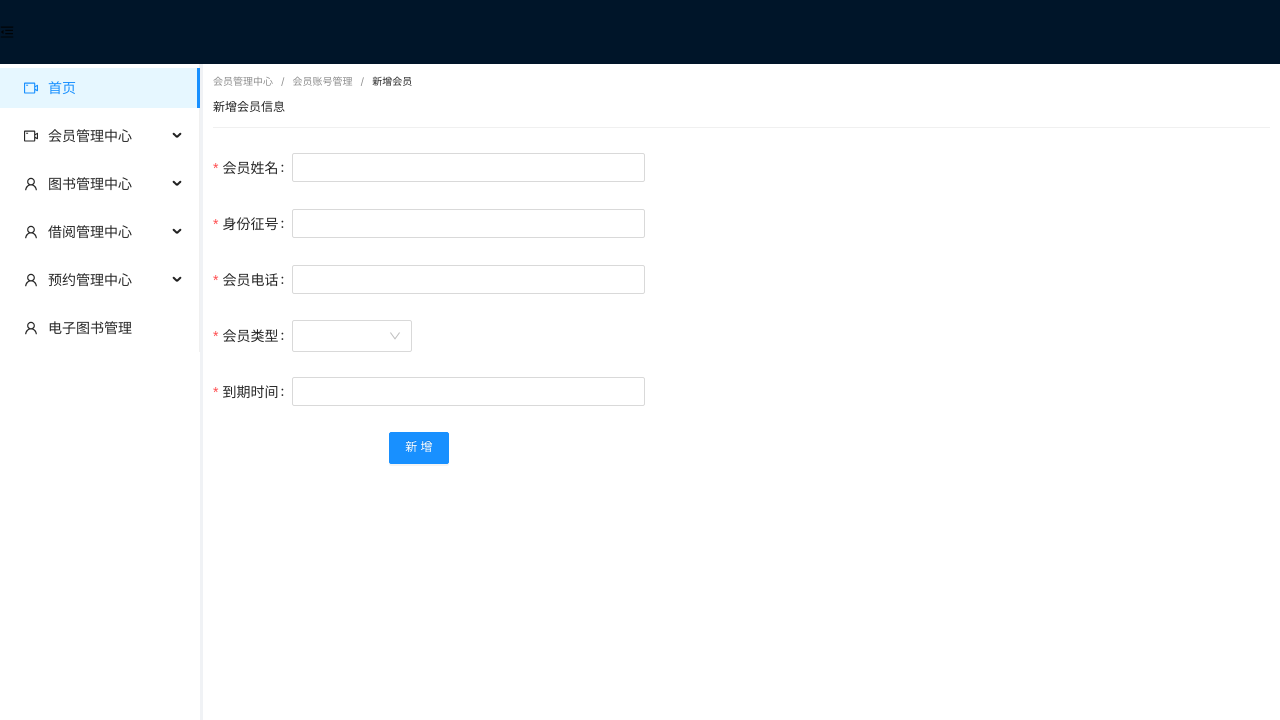
Repository: font-ds/cssy-manage
Page: /vipmanage/vipmanage1/add
These files come from the project's save history. The page is drawn as it stood at one moment and after the next save; the edit follows.
The browser window is 1280 px wide. The pictures show the whole page.
The project was rebuilt for these pictures with package versions that can differ from the ones it lists, and the page was loaded fresh each time. Some packages were replaced by stand-ins written for this rebuild. Also part of the build but not shown: src/pages/auth/vipManage/coupon/index.tsx, src/utils/use-optimistic-options.tsx, src/utils/util.tsx, src/utils/http.tsx, src/pages/auth/vipManage/manage/util.tsx, src/pages/auth/vipManage/manage/index.tsx, src/pages/auth/vipManage/manage/detail/components/util.tsx, src/pages/auth/vipManage/manage/detail/components/appointTable.tsx and 7 more. Imported but missing from the stored project, and not drawn on this page: src/pages/auth/index/index, src/reportWebVitals, src/store/test.

Above is the page before, as saved 2022-09-14 19:57:09.

After the next save:
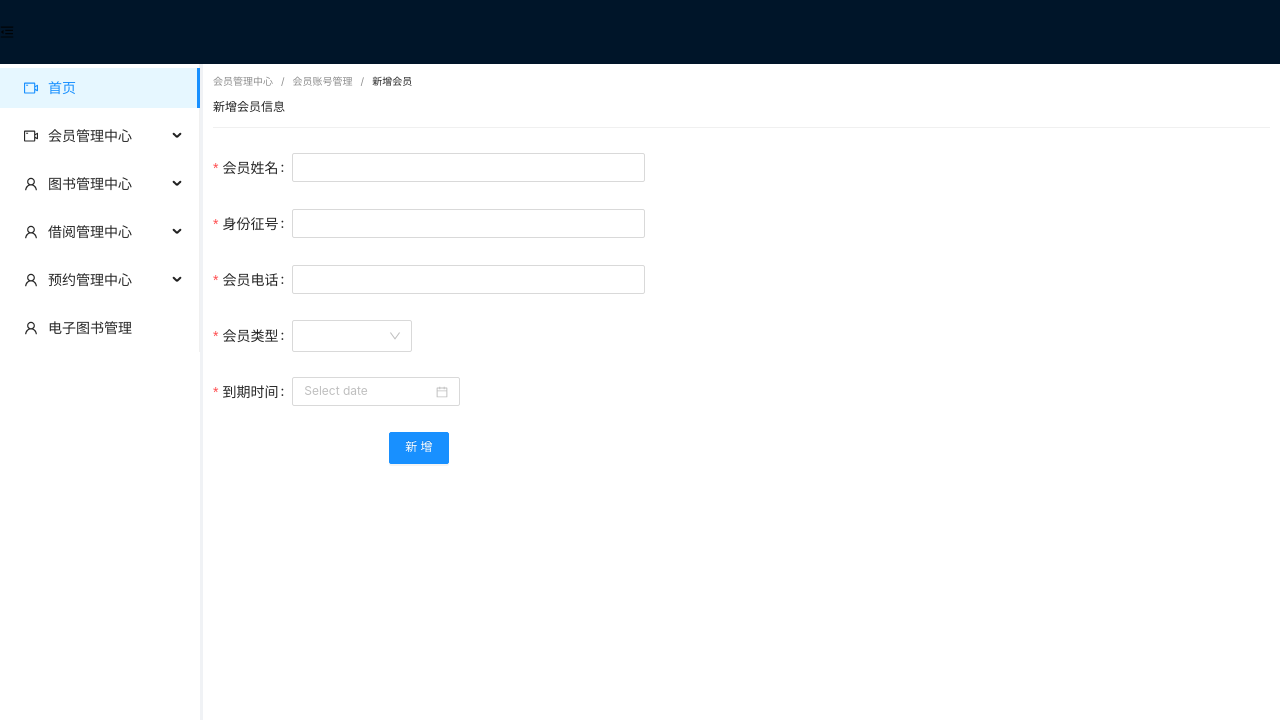
Saved 3 min 13 s later.
--- a/src/pages/auth/vipManage/manage/add/index.tsx
+++ b/src/pages/auth/vipManage/manage/add/index.tsx
@@ -1,5 +1,5 @@
 import React,{useState} from 'react'
-import {Button,Divider,Form,Input,Select} from 'antd';
+import {Button,Divider,Form,Input,Select,DatePicker} from 'antd';
 import {vipUser} from '../../../../../type/type'
 
 import './index.scss';
@@ -59,7 +59,7 @@ export default function Index() {
                   name="expired_date"
                   rules={[{ required: true, message: '此项不能为空！' }]}
                 >
-                  <Input />
+                  <DatePicker></DatePicker>
                 </Form.Item>
 
                 <Form.Item wrapperCol={{offset:4}}>
